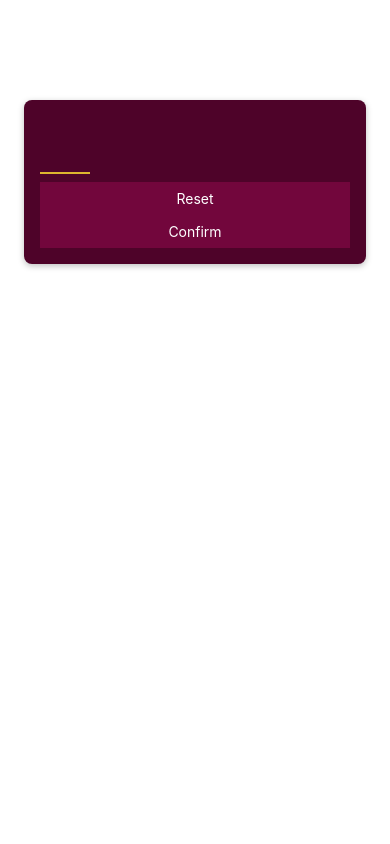
Repository: GarlicButterBoy/Number-Guessing-Game
Screen: /
These files come from the project's save history. The screen is drawn as it stood at one moment and after a run of saves; the edit follows.
The app was drawn by React Native's web renderer in a window 390 px wide. The project was rebuilt for these pictures with package versions that can differ from the ones it lists, and the page was loaded fresh each time.

Above is the screen before, as saved 2024-05-03 09:10:48.

After the next 2 saves:
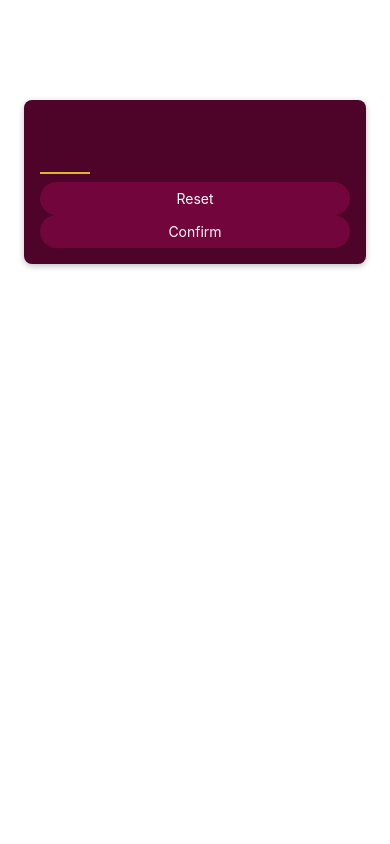
The 2 saves are shown as one change because they came seconds apart.
The last was saved 84 s later.
--- a/components/PrimaryButton.js
+++ b/components/PrimaryButton.js
@@ -27,11 +27,11 @@
 
 const styles = StyleSheet.create({
   buttonOuterContainer: {
-    borderRadius: 28,
     margin: 4,
     overflow: "hidden",
   },
   buttonInnerContainer: {
+    borderRadius: 28,
     backgroundColor: "#72063c",
     paddingVertical: 8,
     paddingHorizontal: 16,

After the 4 saves that followed:
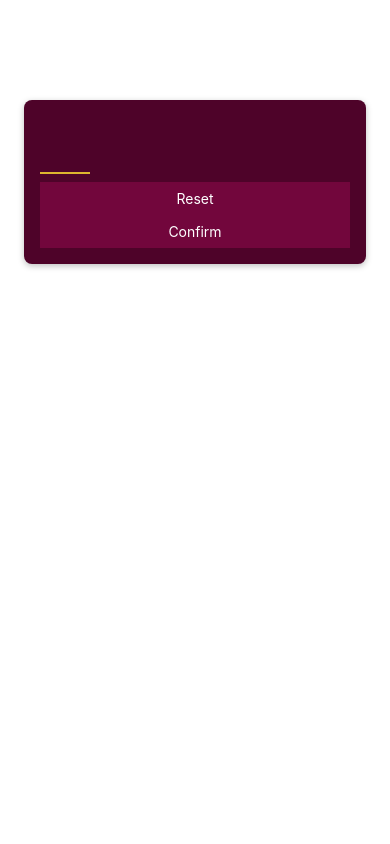
The 4 saves are shown as one change because they came seconds apart.
The last was saved 19 s later.
--- a/components/PrimaryButton.js
+++ b/components/PrimaryButton.js
@@ -28,10 +28,10 @@
 const styles = StyleSheet.create({
   buttonOuterContainer: {
     margin: 4,
+    borderRadius: 28,
     overflow: "hidden",
   },
   buttonInnerContainer: {
-    borderRadius: 28,
     backgroundColor: "#72063c",
     paddingVertical: 8,
     paddingHorizontal: 16,
